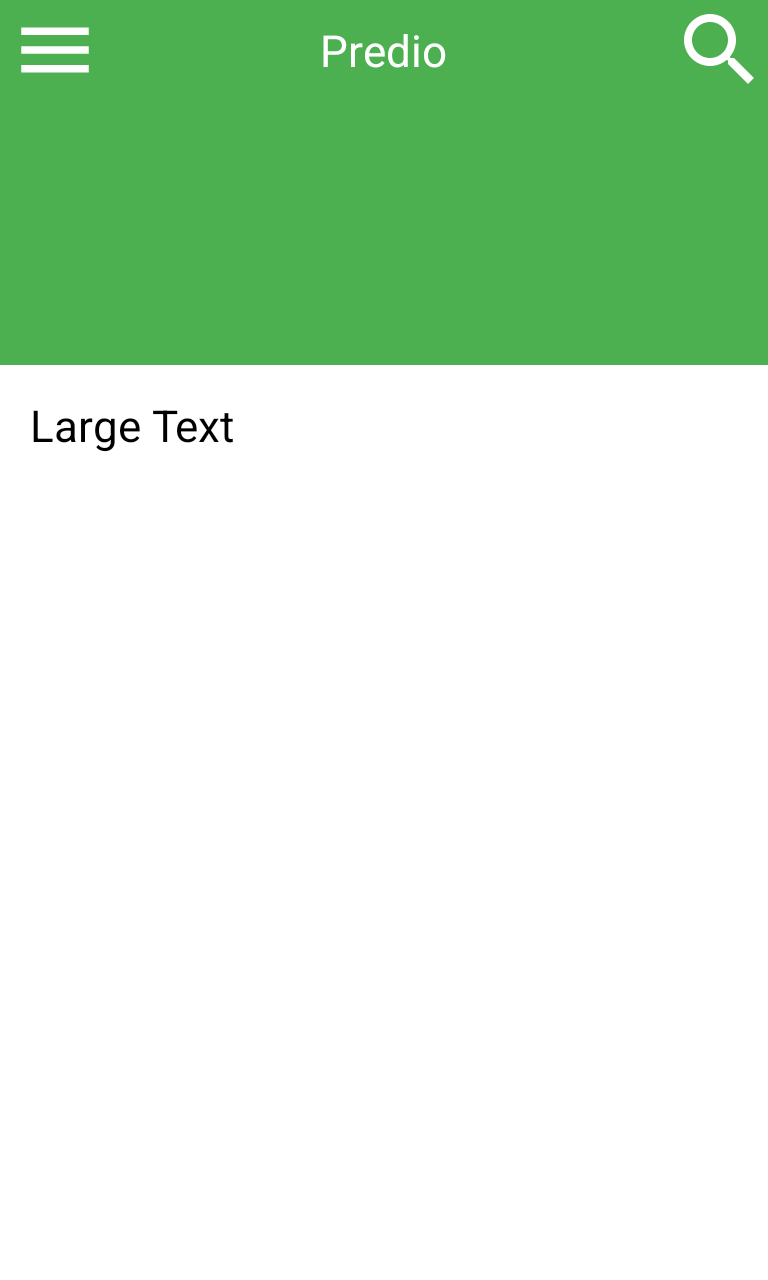
Repository: danielctf/Chilterra
Layout: Proyectos/Animales/res/layout/activity_baja_ganado.xml
These files come from the project's save history. The layout is drawn as it stood at one moment and after the next save; the edit follows.
It is drawn on a 768 x 1280 px phone screen (xhdpi) without system bars, with theme AppTheme; the app's code is not run.

Above is the layout before, as saved 2015-10-09 14:10:05.

### Proyectos/Animales/res/layout/activity_baja_ganado.xml
<LinearLayout xmlns:android="http://schemas.android.com/apk/res/android"
    xmlns:tools="http://schemas.android.com/tools"
    android:id="@+id/LinearLayout1"
    android:layout_width="match_parent"
    android:layout_height="match_parent"
    android:orientation="vertical"
    tools:context="cl.a2r.animales.BajaGanado" >

    <RelativeLayout
        android:layout_width="match_parent"
        android:layout_height="50dp"
        android:background="@color/green" >

        <ImageButton
            android:id="@+id/menu"
            android:layout_width="wrap_content"
            android:layout_height="wrap_content"
            android:layout_alignParentLeft="true"
            android:layout_centerVertical="true"
            android:layout_marginLeft="5dp"
            android:background="@null"
            android:src="@drawable/ic_navigation_menu" />

        <TextView
            android:id="@+id/predio"
            android:layout_width="wrap_content"
            android:layout_height="wrap_content"
            android:layout_centerHorizontal="true"
            android:layout_centerVertical="true"
            android:text="Predio"
            android:textAppearance="?android:attr/textAppearanceLarge"
            android:textColor="@color/white" />

        <ImageView
            android:id="@+id/logs"
            android:layout_width="wrap_content"
            android:layout_height="wrap_content"
            android:layout_alignParentRight="true"
            android:layout_centerVertical="true"
            android:src="@drawable/ic_search_white_48dp" />
    </RelativeLayout>

    <RelativeLayout
        android:layout_width="match_parent"
        android:layout_height="wrap_content"
        android:background="@color/green"
        android:layout_weight="0.2" >

        <TextView
            android:id="@+id/despliegaDiio"
            android:layout_width="wrap_content"
            android:layout_height="wrap_content"
            android:layout_centerHorizontal="true"
            android:layout_centerVertical="true"
            android:text=""
            android:textAppearance="?android:attr/textAppearanceLarge" />

    </RelativeLayout>

    <RelativeLayout
        android:layout_width="match_parent"
        android:layout_height="wrap_content"
        android:layout_weight="0.8" >

        <TextView
            android:id="@+id/textView1"
            android:layout_width="wrap_content"
            android:layout_height="wrap_content"
            android:layout_alignParentLeft="true"
            android:layout_alignParentTop="true"
            android:layout_marginLeft="15dp"
            android:layout_marginTop="15dp"
            android:text="Large Text"
            android:textAppearance="?android:attr/textAppearanceLarge" />

    </RelativeLayout>

</LinearLayout>

### Proyectos/Animales/res/values/colors.xml
<?xml version="1.0" encoding="utf-8"?>
<resources>
    <color name="red">#ffff0000</color>
    <color name="darkred">#b22222</color>
    <color name="white">#ffffff</color>
    <color name="gris">#cccccc</color>
    <color name="green">#4caf50</color>
</resources>

Loaded but not shown: Proyectos/Animales/res/values/styles.xml (common file); Proyectos/Animales/res/values-v11/styles.xml (common file); Proyectos/Animales/res/values-v14/styles.xml (common file)

After the next save:
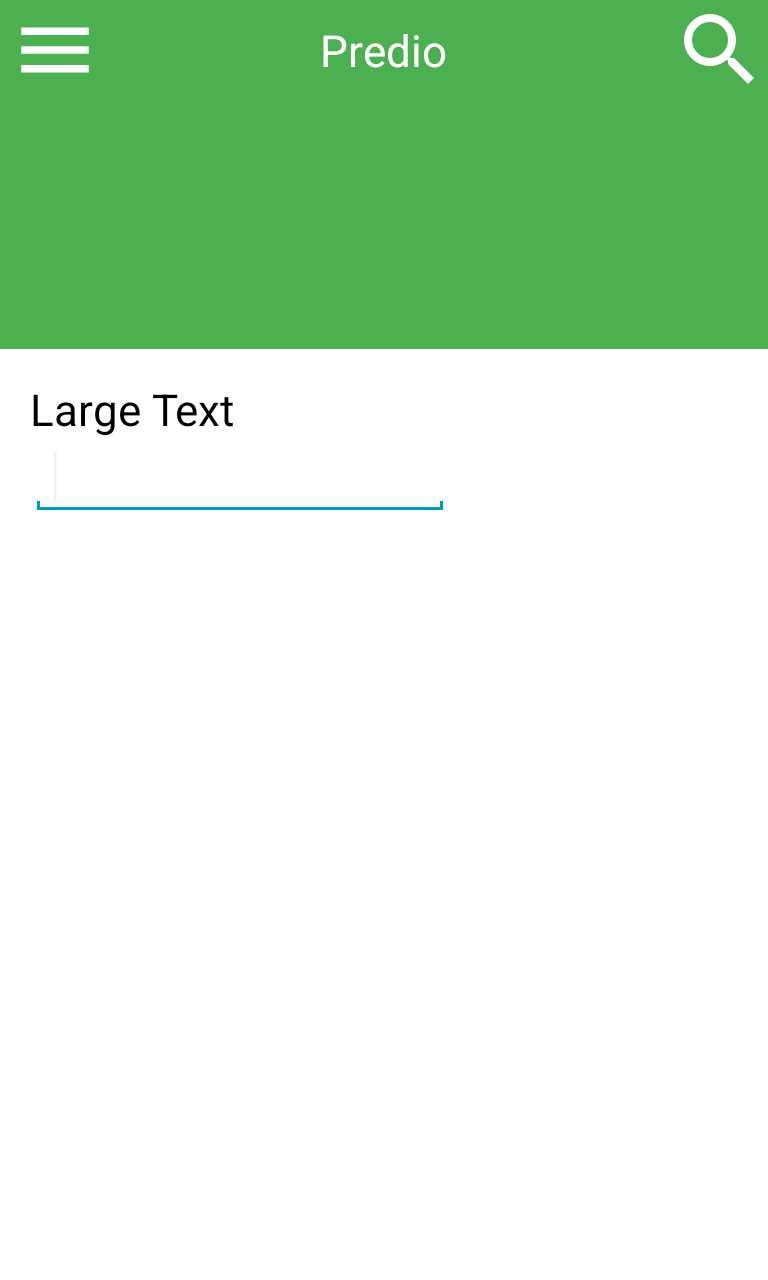
Saved 18 min 51 s later.
--- a/Proyectos/Animales/res/layout/activity_baja_ganado.xml
+++ b/Proyectos/Animales/res/layout/activity_baja_ganado.xml
@@ -73,6 +73,17 @@
             android:text="Large Text"
             android:textAppearance="?android:attr/textAppearanceLarge" />
 
+        <EditText
+            android:id="@+id/wttt"
+            android:layout_width="wrap_content"
+            android:layout_height="wrap_content"
+            android:layout_alignLeft="@+id/textView1"
+            android:layout_below="@+id/textView1"
+            android:ems="10" >
+
+            <requestFocus />
+        </EditText>
+
     </RelativeLayout>
 
 </LinearLayout>

After the 2 saves that followed:
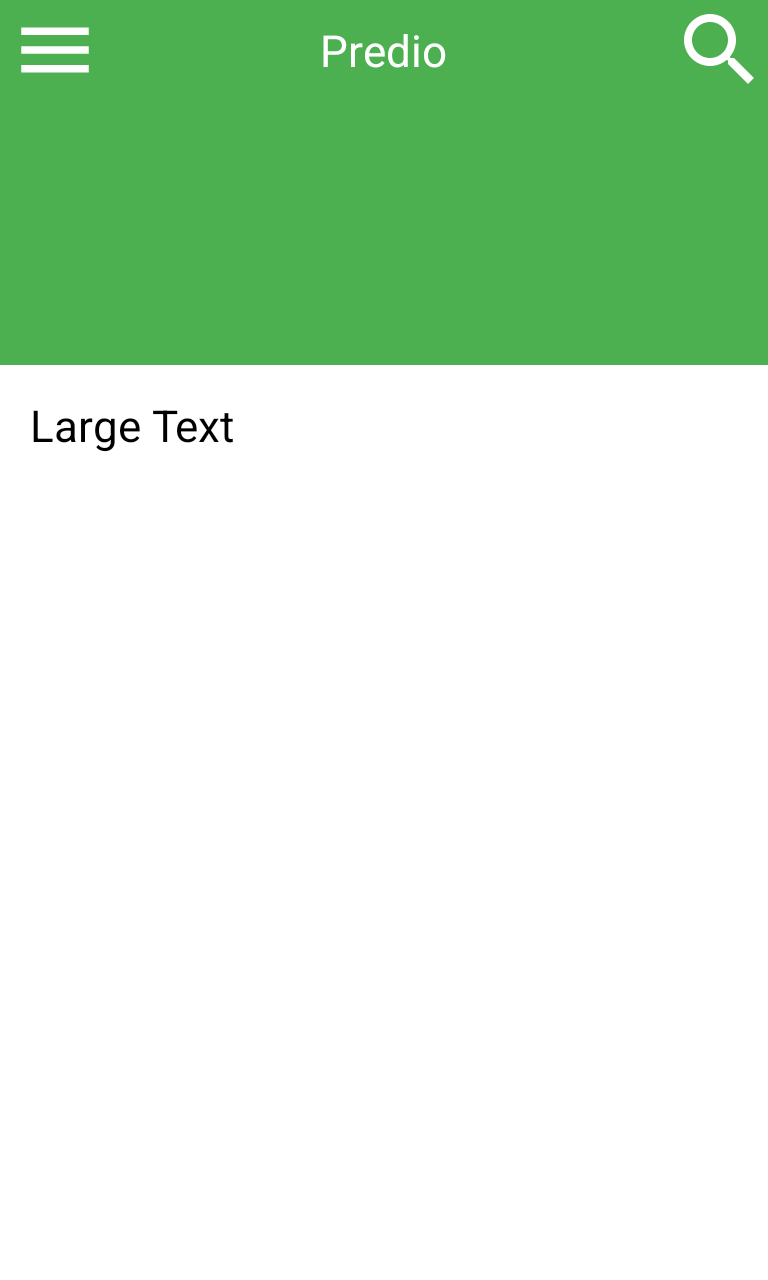
The 2 saves are shown as one change because 1 did not build or start.
The last was saved 27 s later.
--- a/Proyectos/Animales/res/layout/activity_baja_ganado.xml
+++ b/Proyectos/Animales/res/layout/activity_baja_ganado.xml
@@ -73,17 +73,6 @@
             android:text="Large Text"
             android:textAppearance="?android:attr/textAppearanceLarge" />
 
-        <EditText
-            android:id="@+id/wttt"
-            android:layout_width="wrap_content"
-            android:layout_height="wrap_content"
-            android:layout_alignLeft="@+id/textView1"
-            android:layout_below="@+id/textView1"
-            android:ems="10" >
-
-            <requestFocus />
-        </EditText>
-
     </RelativeLayout>
 
 </LinearLayout>
